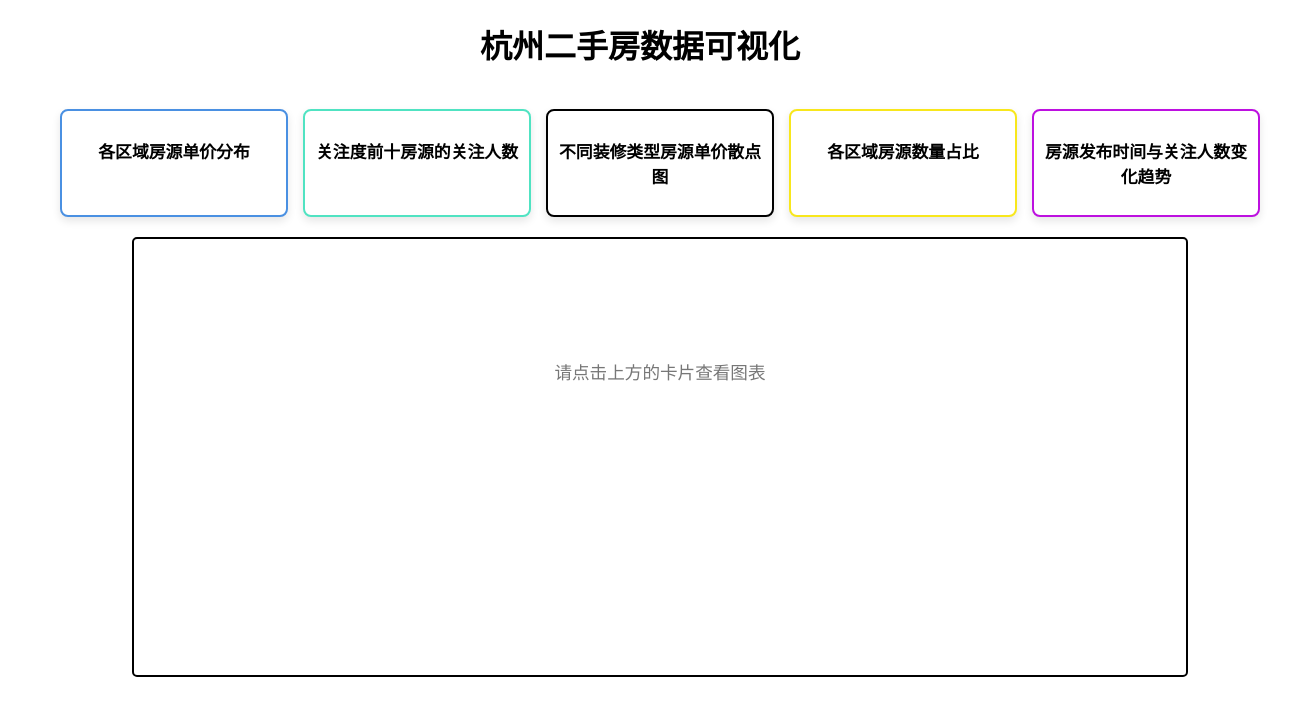
Repository: sakimi-9/DPV-SHP_HangZhou
Page: / (app in rendering/)
These files come from the project's save history. The page is drawn as it stood at one moment and after a run of saves; the edit follows.
The browser window is 1280 px wide. The page is 1312 px wide, so the pictures cover 1312 px, including what lies to the right of the window. The pictures show the whole page.
The project was rebuilt for these pictures with package versions that can differ from the ones it lists, and the page was loaded fresh each time. Also part of the build but not shown: rendering/vite.config.ts.

Above is the page before, as saved 2025-05-29 14:03:42.

After the next 3 saves:
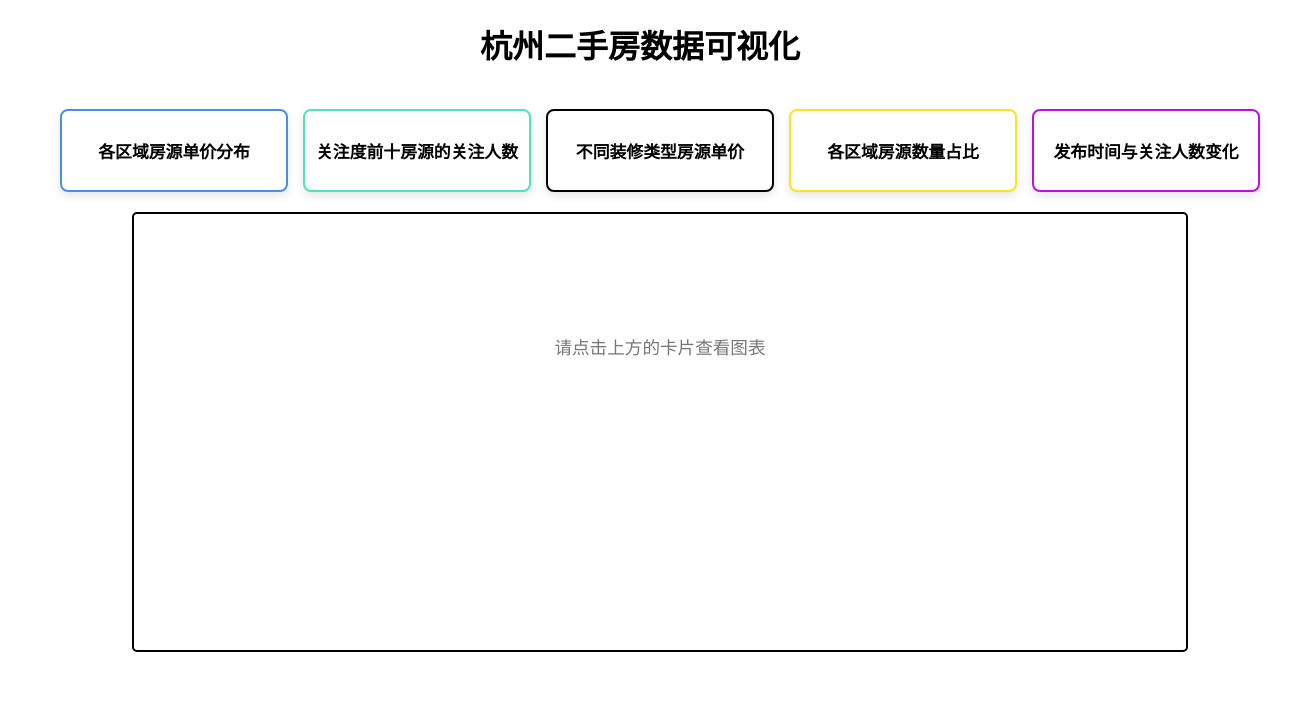
The 3 saves are shown as one change because they came seconds apart.
The last was saved 53 s later.
--- a/rendering/src/components/HouseCharts.vue
+++ b/rendering/src/components/HouseCharts.vue
@@ -463,9 +463,9 @@ function renderPublishTimeFollowersLine(chartElement: HTMLElement, data: ParsedH
 const charts = [
     { title: '各区域房源单价分布', render: renderAreaPriceBoxPlot },
     { title: '关注度前十房源的关注人数', render: renderTop10FollowersBar },
-    { title: '不同装修类型房源单价散点图', render: renderRenovationPriceScatter },
+    { title: '不同装修类型房源单价', render: renderRenovationPriceScatter },
     { title: '各区域房源数量占比', render: renderAreaCountPie },
-    { title: '房源发布时间与关注人数变化趋势', render: renderPublishTimeFollowersLine },
+    { title: '发布时间与关注人数变化', render: renderPublishTimeFollowersLine },
 ];
 
 // Initial render logic (optional, handled by watch with immediate: true)
